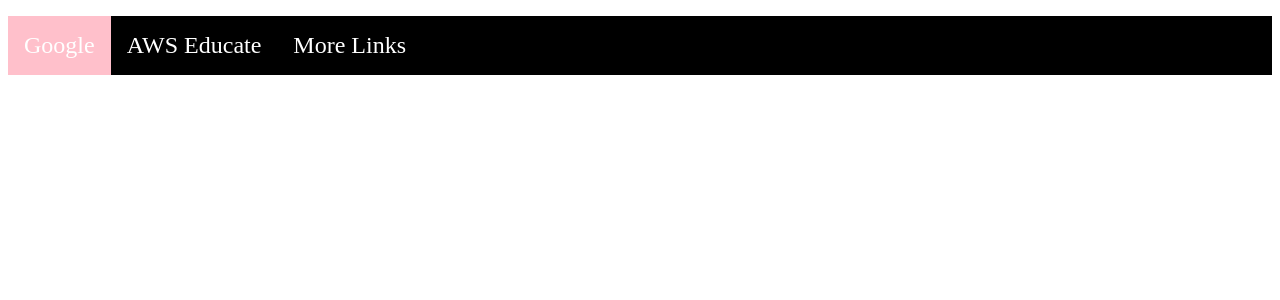
Repository: GoldenCheez/GoldenCheez.github.io
Page: index.html
The author's editor kept a record of every edit. The page is drawn from the files as they stood at one moment, then again after the next edit.
The browser window is 1280 px wide. The pictures show the whole page.
The pointer rests on the first visible `.navbar li`.

Above is the page before.

After the next edit:
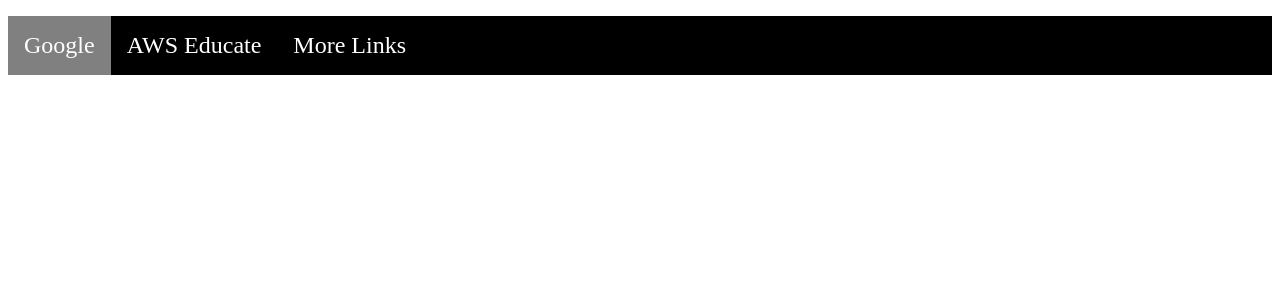
The edit:
--- a/index.html
+++ b/index.html
@@ -23,7 +23,7 @@
     }
 
     .navbar li:hover{
-      background-color: pink;
+      background-color: grey;
     }
 
     .dropdown-content{
